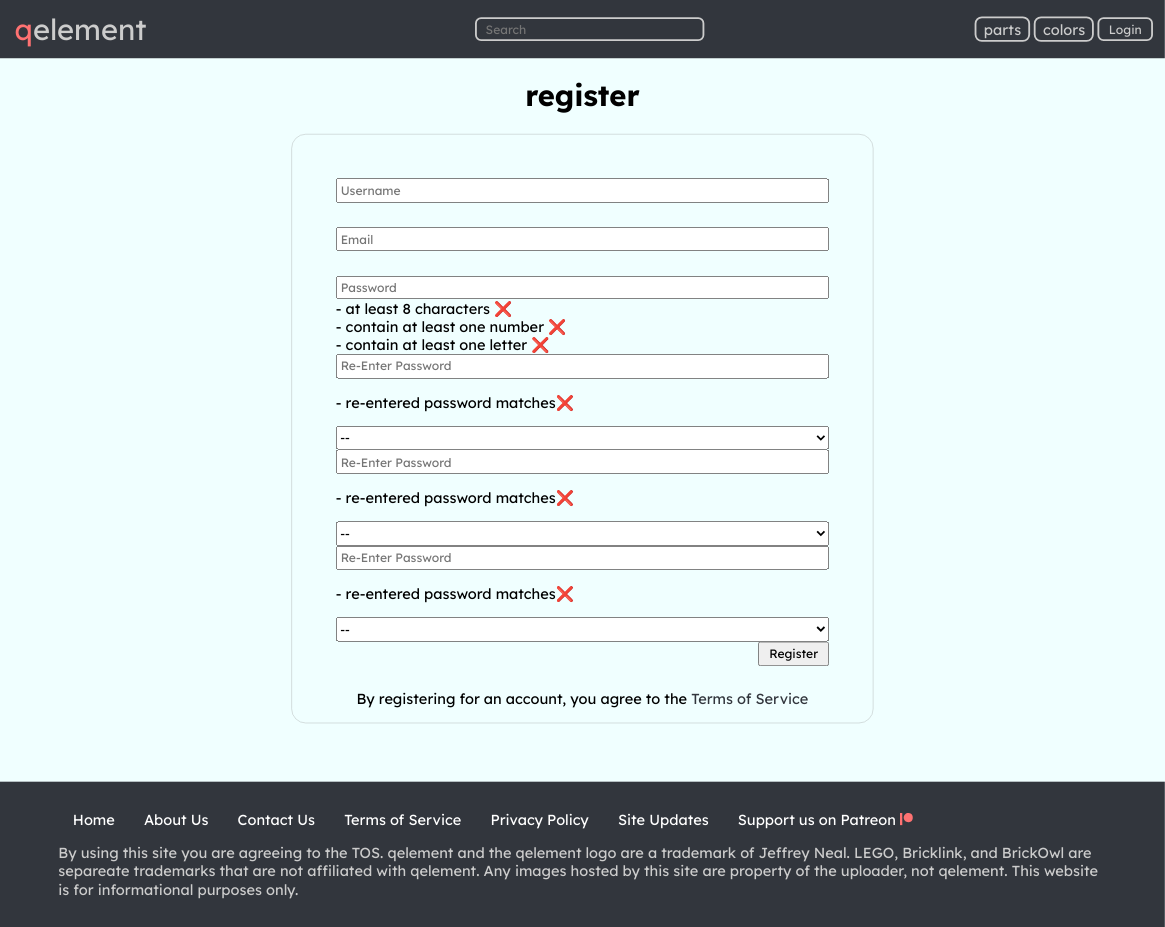
Repository: ToastBubbles/qelement-web
Page: /register
The author's editor kept a copy of each file at every save. The page is drawn from the files as they stood at one save, then again after the next save.
The browser window is 1280 px wide. The pictures show the whole page, at 91% of full size.
The project was rebuilt for these pictures with package versions that can differ from the ones it lists, and the page was loaded fresh each time. Also part of the build but not shown: vite.config.ts, src/components/NavbarPopdown.tsx, src/components/ProtectedRoute.tsx, src/components/AllColors.tsx, src/views/colors/AllColorsView.tsx, src/components/LoadingPage.tsx, src/components/RecentQPart.tsx, src/components/AllColorParts.tsx and 61 more.

Above is the page before, as saved 2023-11-09 09:44:57.

After the next save:
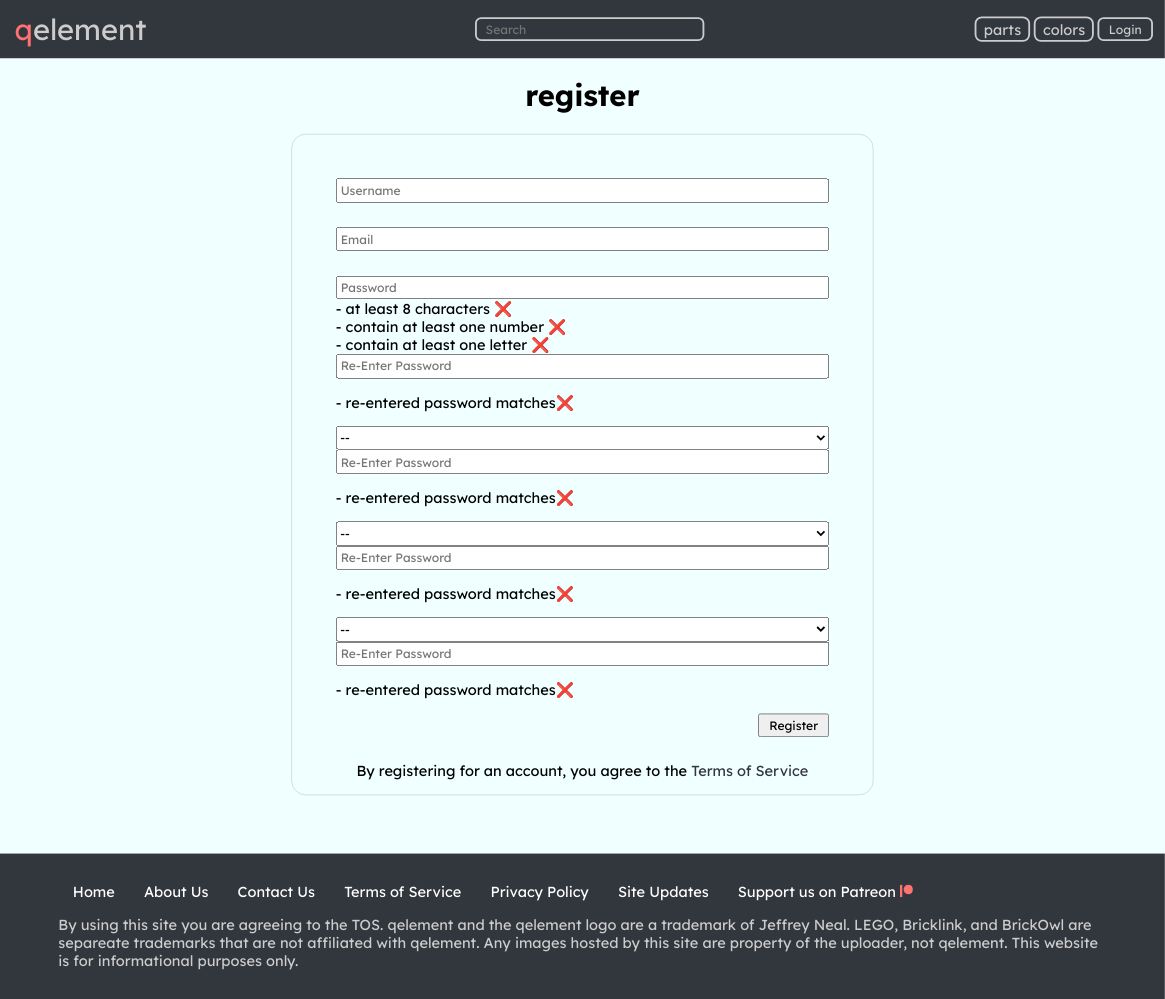
Saved 4 s later.
--- a/src/views/generic/Register.tsx
+++ b/src/views/generic/Register.tsx
@@ -237,6 +237,16 @@ export default function Register() {
                       </option>
                     ))} */}
           </select>
+          <input
+            id="repassword-reg"
+            placeholder="Re-Enter Password"
+            type="password"
+            onChange={(e) => setPassMatch(e.target.value)}
+          />
+          <p>
+            - re-entered password matches
+            {passMatch == newUser.password ? "✔️" : "❌"}
+          </p>
 
           <button
             onClick={() => {
